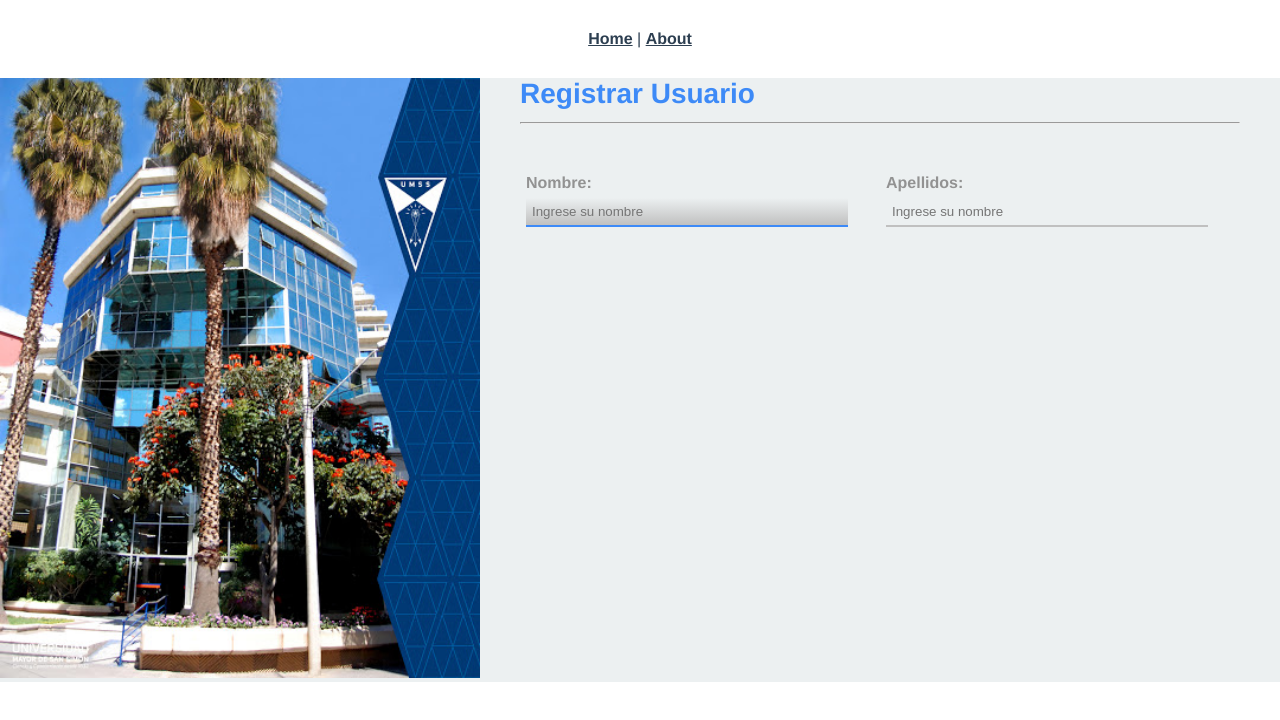
Repository: BritanyTorrico/front-cotizaciones
Page: /register
The author's editor kept a copy of each file at every save. The page is drawn from the files as they stood at one save, then again after a run of saves.
The browser window is 1280 px wide. The pictures show the whole page.
The first visible `.form__input` has the focus.
The project was rebuilt for these pictures with package versions that can differ from the ones it lists, and the page was loaded fresh each time. Also part of the build but not shown: vue.config.js, src/components/HelloWorld.vue, src/views/Home.vue.

Above is the page before, as saved 2021-04-21 18:50:20.

After the next 2 saves:
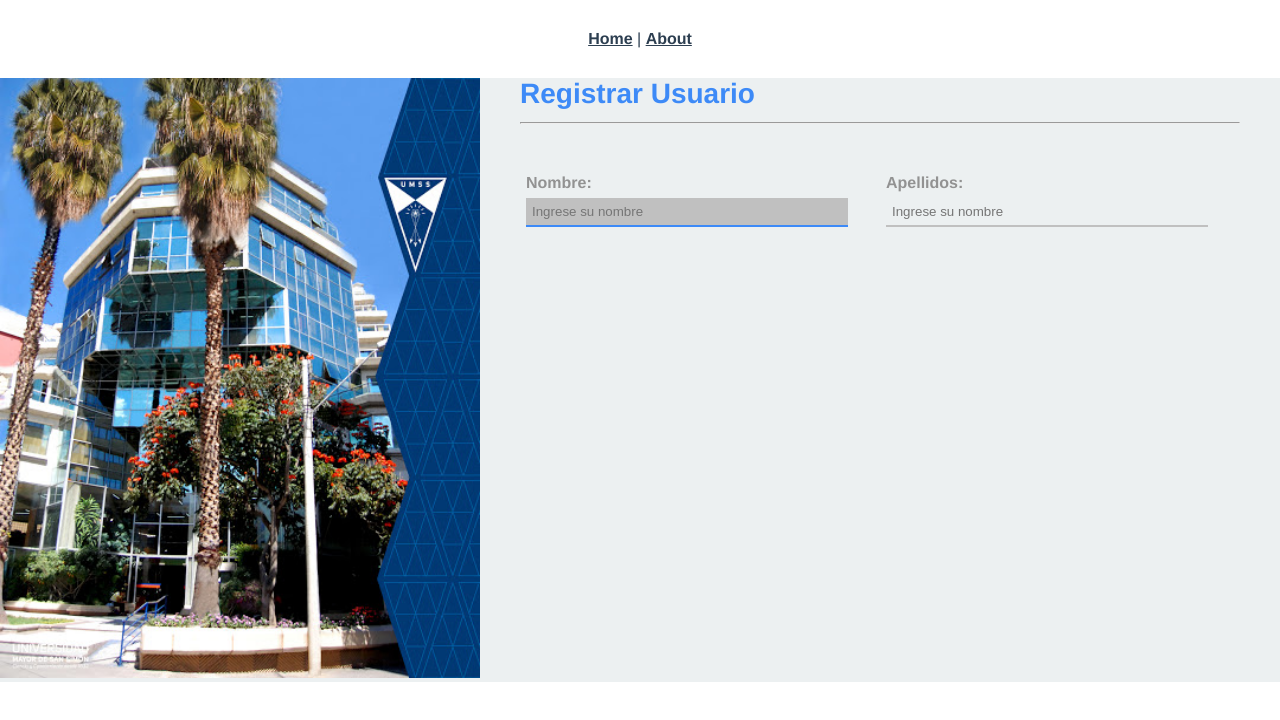
The 2 saves are shown as one change because they came seconds apart.
The last was saved 42 s later.
--- a/src/components/User/RegisterUser.vue
+++ b/src/components/User/RegisterUser.vue
@@ -85,7 +85,7 @@
   background-color: transparent;
 }
 .form__input:focus {
-  background: linear-gradient(to bottom, transparent, var(--color-line));
+  background: var(--color-line);
   outline: none;
   border-bottom: 2px solid var(--color-title);
 }

After the save that followed:
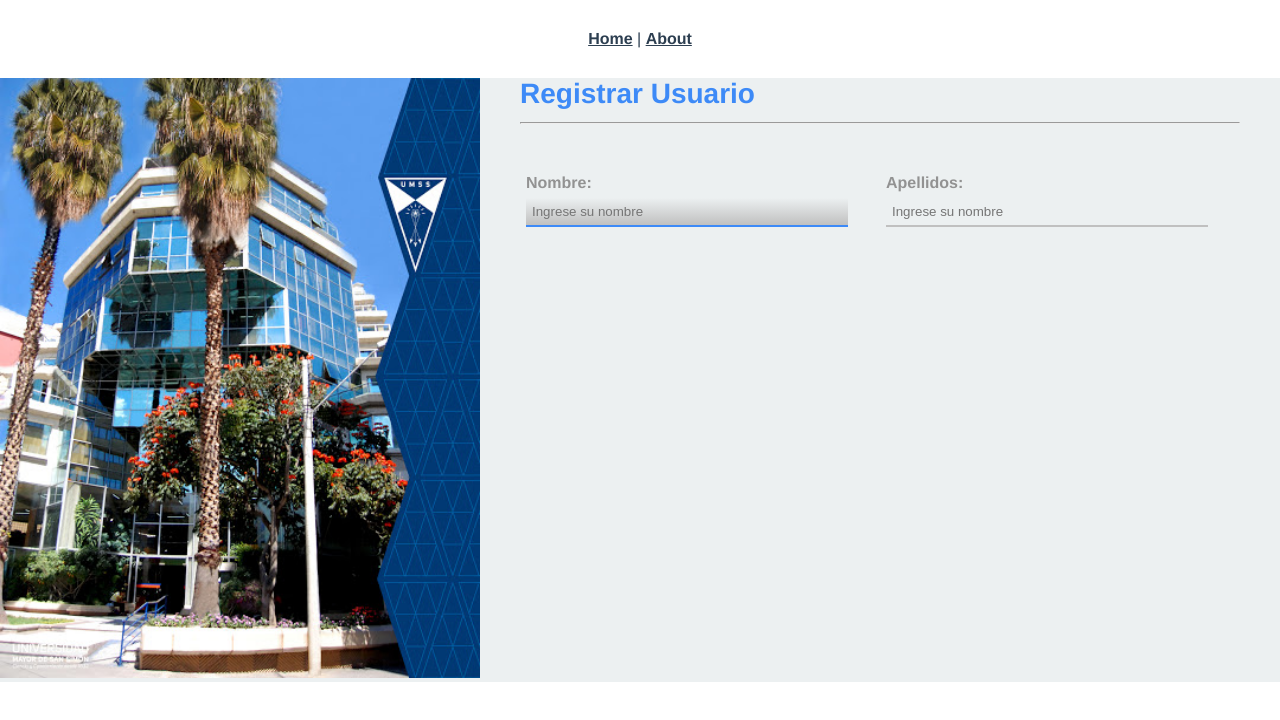
Saved 7 s later.
--- a/src/components/User/RegisterUser.vue
+++ b/src/components/User/RegisterUser.vue
@@ -85,7 +85,7 @@
   background-color: transparent;
 }
 .form__input:focus {
-  background: var(--color-line);
+  background: linear-gradient(to bottom, transparent, var(--color-line));
   outline: none;
   border-bottom: 2px solid var(--color-title);
 }
